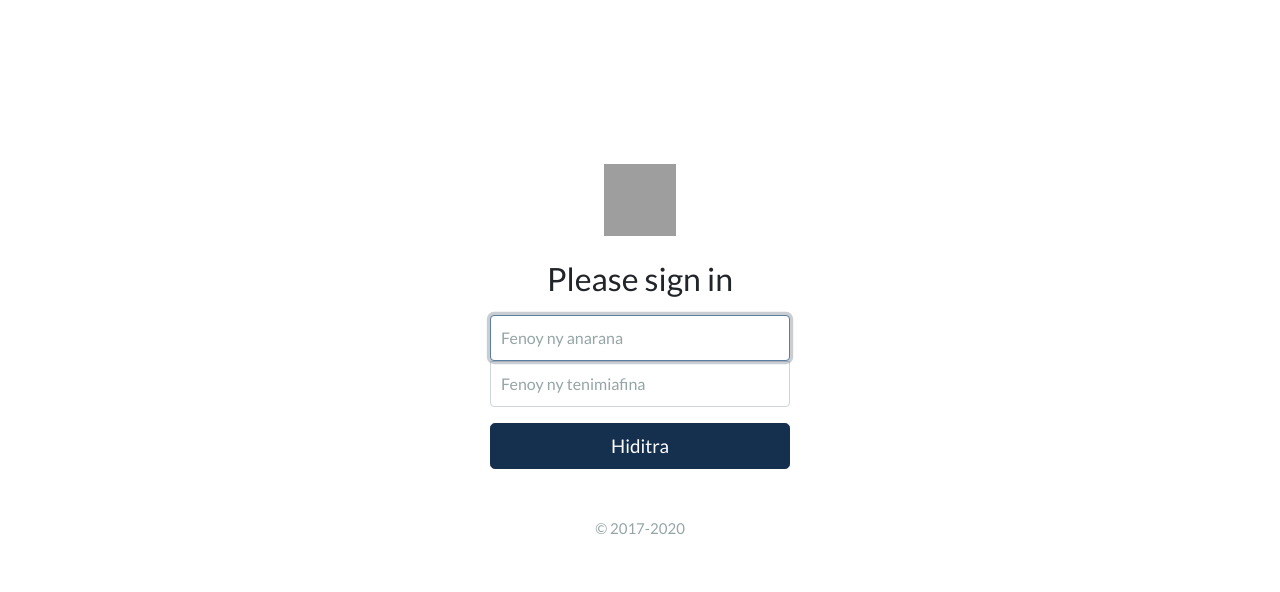
Repository: niainamahefa/j2ee-sekoliko
Page: http://localhost/Ecole/login
These files come from the project's save history. The page is drawn as it stood at one moment and after the next save; the edit follows.
The browser window is 1280 px wide. The pictures show the whole page.
Pictures or frames that could not be fetched are drawn as grey boxes. The page is served by Tomcat 9.

Above is the page before, as saved 2021-02-03 18:33:14.

After the next save:
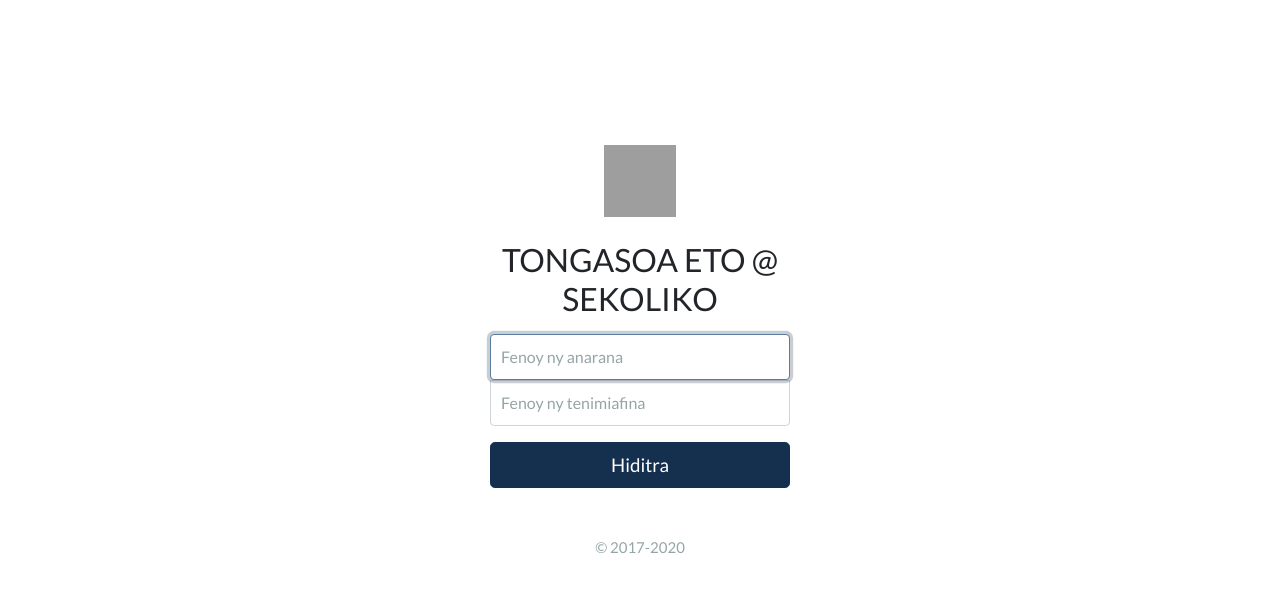
Saved 27 s later.
--- a/Ecole/WebContent/WEB-INF/login.jsp
+++ b/Ecole/WebContent/WEB-INF/login.jsp
@@ -36,7 +36,7 @@
   <body class="text-center">
 	    <form class="form-signin" method="post">
 		  <img class="mb-4" src="../assets/brand/bootstrap-solid.svg" alt="" width="72" height="72">
-		  <h1 class="h3 mb-3 font-weight-normal">Please sign in</h1>
+		  <h1 class="h3 mb-3 font-weight-normal">TONGASOA ETO @ SEKOLIKO</h1>
 		  <label for="inputEmail" class="sr-only">Anarana</label>
 		  <input type="text" id="inputEmail" class="form-control" placeholder="Fenoy ny anarana"  name="anarana" required autofocus>
 		  <label for="inputPassword" class="sr-only">Tenimiafina</label>
